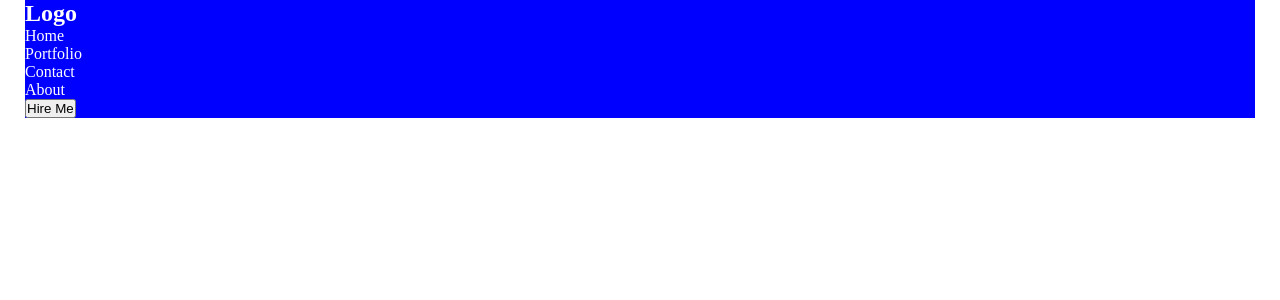
Repository: DevAntonioRogers/vanilla-responsive-navbar
Page: index.html
The author's editor kept a copy of each file at every save. The page is drawn from the files as they stood at one save, then again after the next save.
The browser window is 1280 px wide. The pictures show the whole page.

Above is the page before, as saved 2023-06-04 21:03:56.
Console error: TypeError: Cannot read properties of null (reading 'addEventListener')

After the next save:
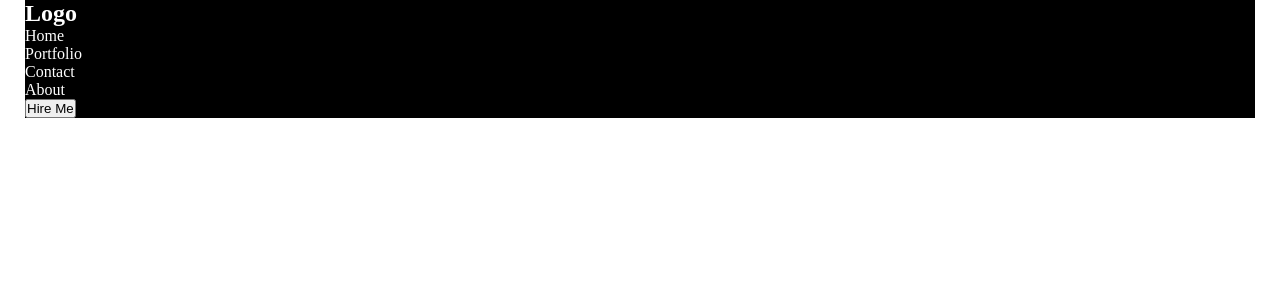
Saved 24 s later.
--- a/style.css
+++ b/style.css
@@ -10,6 +10,6 @@ nav {
 }
 
 .nav-container {
-  background-color: blue;
+  background-color: inherit;
   color: white;
 }
